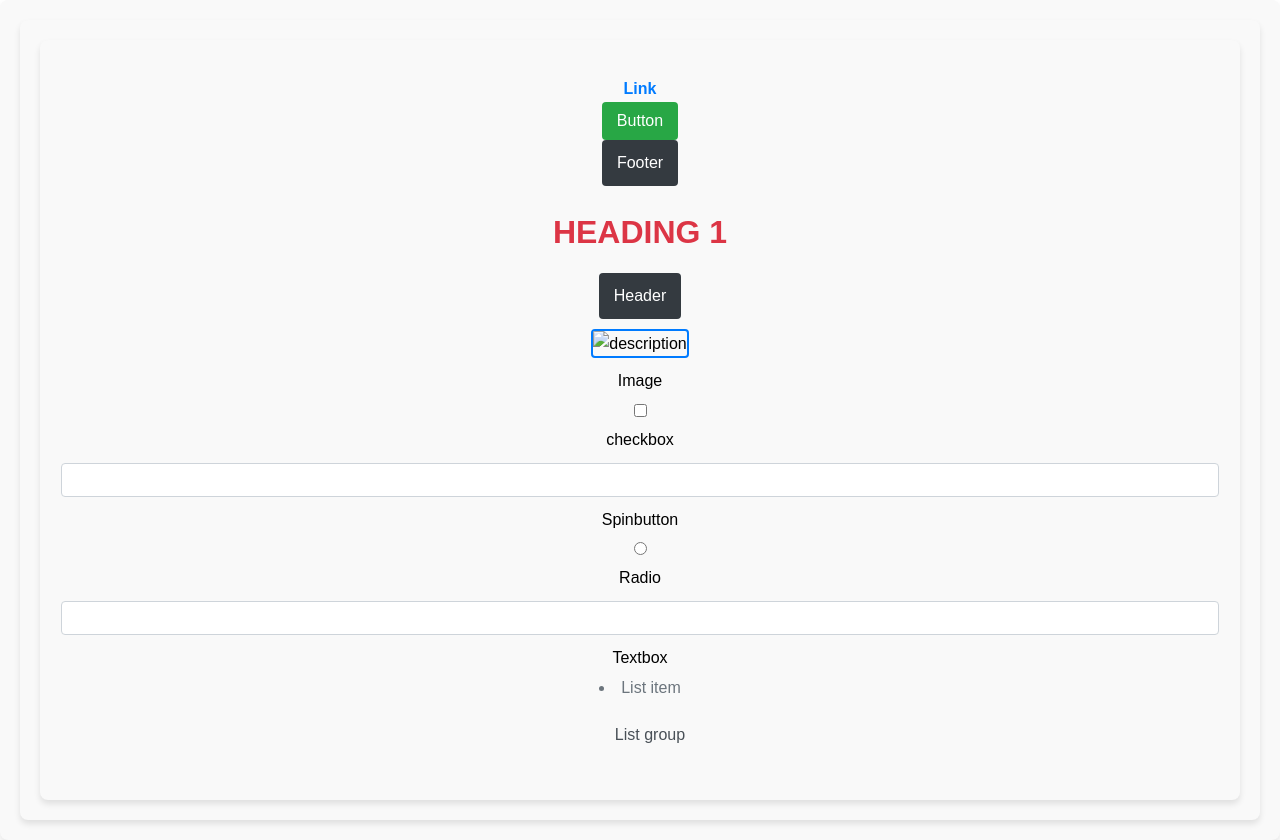
Repository: AiTrinh303/Jest_Sample
Page: / (app in small-test/)
These files come from the project's save history. The page is drawn as it stood at one moment and after the next save; the edit follows.
The browser window is 1280 px wide. The pictures show the whole page.
The project was rebuilt for these pictures with package versions that can differ from the ones it lists, and the page was loaded fresh each time.

Above is the page before, as saved 2024-11-25 20:54:19.

After the next save:
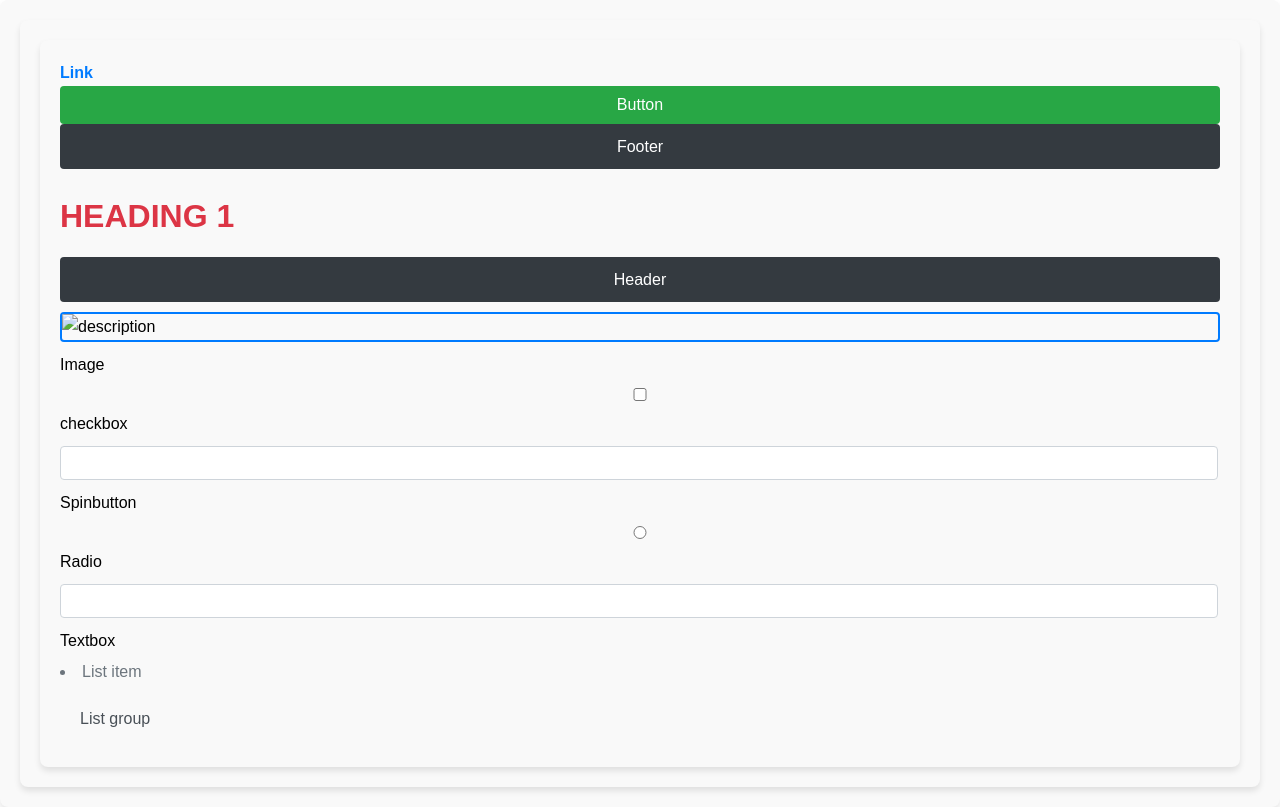
Saved 7 s later.
--- a/small-test/src/components/RoleExample.css
+++ b/small-test/src/components/RoleExample.css
@@ -1,9 +1,6 @@
 /* RoleExample.css */
 .container{
     display: flex;
-    justify-content: center;
-    align-items: center;
-    height: 100vh;
     flex-direction: column;
 }
 
